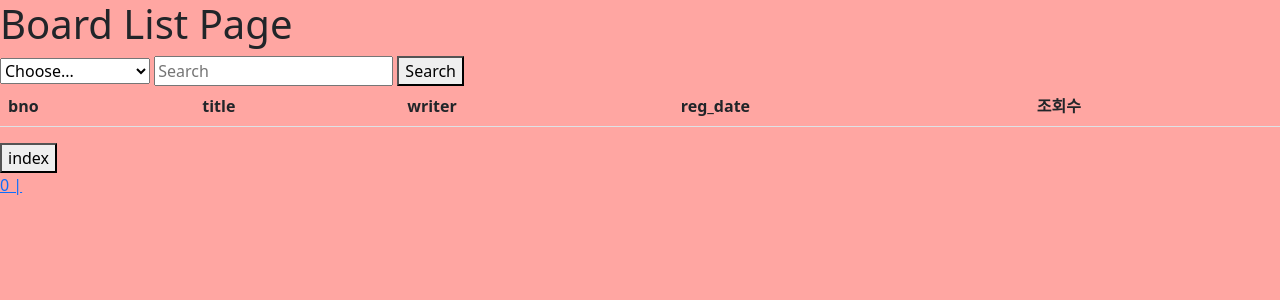
Repository: duatn3004/jsp_20230602
Page: http://localhost/jsp_project/board/list.jsp
These files come from the project's save history. The page is drawn as it stood at one moment and after the next save; the edit follows.
The browser window is 1280 px wide. The pictures show the whole page.
The page is served by Tomcat 9. Other server files are loaded and not shown. The template is opened directly, without the code that normally fills it, so the values that code supplies are empty.

Above is the page before, as saved 2023-06-01 04:31:17.

### jsp_project2/jsp_project/src/main/webapp/board/list.jsp
<%@ page language="java" contentType="text/html; charset=UTF-8"
	pageEncoding="UTF-8"%>
<%@ taglib prefix="c" uri="http://java.sun.com/jsp/jstl/core"%>
<!DOCTYPE html>
<html>
<head>
<meta charset="UTF-8">
<title>Insert title here</title>
<link
	href="https://cdn.jsdelivr.net/npm/bootstrap@5.2.0/dist/css/bootstrap.min.css"
	rel="stylesheet"
	integrity="sha384-gH2yIJqKdNHPEq0n4Mqa/HGKIhSkIHeL5AyhkYV8i59U5AR6csBvApHHNl/vI1Bx"
	crossorigin="anonymous">
<script
	src="https://cdn.jsdelivr.net/npm/bootstrap@5.2.0/dist/js/bootstrap.bundle.min.js"
	integrity="sha384-A3rJD856KowSb7dwlZdYEkO39Gagi7vIsF0jrRAoQmDKKtQBHUuLZ9AsSv4jD4Xa"
	crossorigin="anonymous"></script>
</head>
<style>
body {
	background-color: #FFA6A2;
}
</style>
<body>
	<h1>Board List Page</h1>
	<!-- 검색라인 -->
	<form action="/brd/page" method="post">
		<div>
			<c:set value="${pgh.pgvo.type }" var="typed"></c:set>
			<select name="type">
			<!-- selected : 현재 내가 선택한 값 -->
				<option ${typed == null ? 'selected':'' }>Choose...</option>
				<option value="t" ${typed eq 't' ? 'selected':'' }>title</option>
				<option value="c" ${typed eq 'c' ? 'selected':'' }>content</option>
				<option value="w" ${typed eq 'w' ? 'selected':'' }>writer</option>
				<option value="tc" ${typed eq 'tc' ? 'selected':'' }>title or content</option>
				<option value="tw" ${typed eq 'tw' ? 'selected':'' }>title or writer</option>
				<option value="cw" ${typed eq 'cw' ? 'selected':'' }>content or writer</option>
			</select>
			<input type="text" name="keyword" placeholder="Search">
			<input type="hidden" name="pageNo" value="${pgh.pgvo.pageNo }">
			<input type="hidden" name="qty" value="${pgh.pgvo.qty }">
			<button type="submit">Search</button>
		</div>
	</form>


	<table class="table table-striped">
		<thead>
			<tr>
				<th>bno</th>
				<th>title</th>
				<th>writer</th>
				<th>reg_date</th>
				<th>조회수</th>
			</tr>
		</thead>
		<tbody>
			<c:forEach items="${list }" var="list">
				<tr>
					<td>${list.bno }</td>
					<td>
					<c:if test="${list.image_file ne null}">
						<img alt="없음" src="/_fileUpload/th_${list.image_file }">
					</c:if>
					<a href="/brd/detail?bno=${list.bno }">${list.title }</a>
					</td>
					<td>${list.writer }</td>
					<td>${list.reg_date }</td>
					<td>${list.cnt }</td>
				</tr>
			</c:forEach>
		</tbody>
	</table>
	<a href="/"><button>index</button></a>
	<br>
	<!-- 페이지네이션 위치 -->
	<!-- 컨트롤러에서 page 정보를 싣고 와야함. -->
	<!-- 1~endpage까지 숫자 반복 foreach -->

	<!-- 이전페이지 -->
	<c:if test="${pgh.prev }">
		<a href="/brd/page?pageNo=${pgh.startPage-1 }&qty=${pgh.pgvo.qty}&type=${pgh.pgvo.type}&keyword=${pgh.pgvo.keyword}">◁</a>
	</c:if>
	<c:forEach begin="${pgh.startPage }" end="${pgh.endPage }" var="i">
		<a href="/brd/page?pageNo=${i }&qty=${pgh.pgvo.qty}&type=${pgh.pgvo.type}&keyword=${pgh.pgvo.keyword}">${i } | </a>
	</c:forEach>

	<!-- 다음페이지 -->
	<c:if test="${pgh.next }">
		<a href="/brd/page?pageNo=${pgh.endPage+1 }&qty=${pgh.pgvo.qty}&type=${pgh.pgvo.type}&keyword=${pgh.pgvo.keyword}">▷</a>
	</c:if>
</body>
</html>

After the next save:
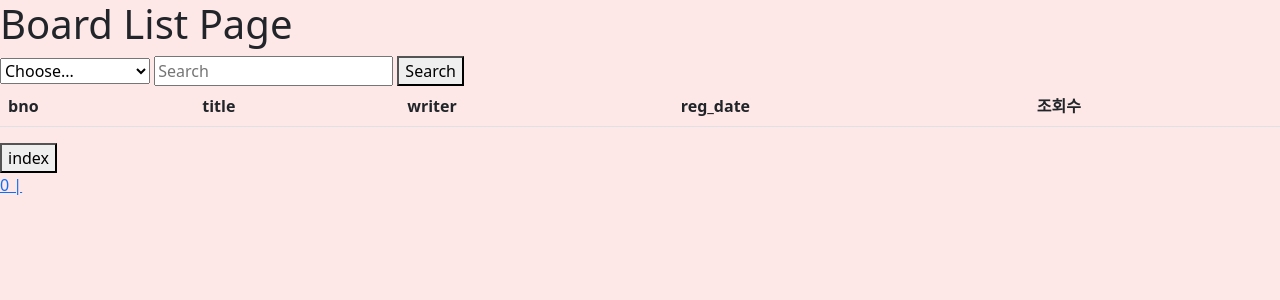
Saved 15 s later.
--- a/jsp_project2/jsp_project/src/main/webapp/board/list.jsp
+++ b/jsp_project2/jsp_project/src/main/webapp/board/list.jsp
@@ -18,7 +18,7 @@
 </head>
 <style>
 body {
-	background-color: #FFA6A2;
+	background-color: #FDE8E7;
 }
 </style>
 <body>
